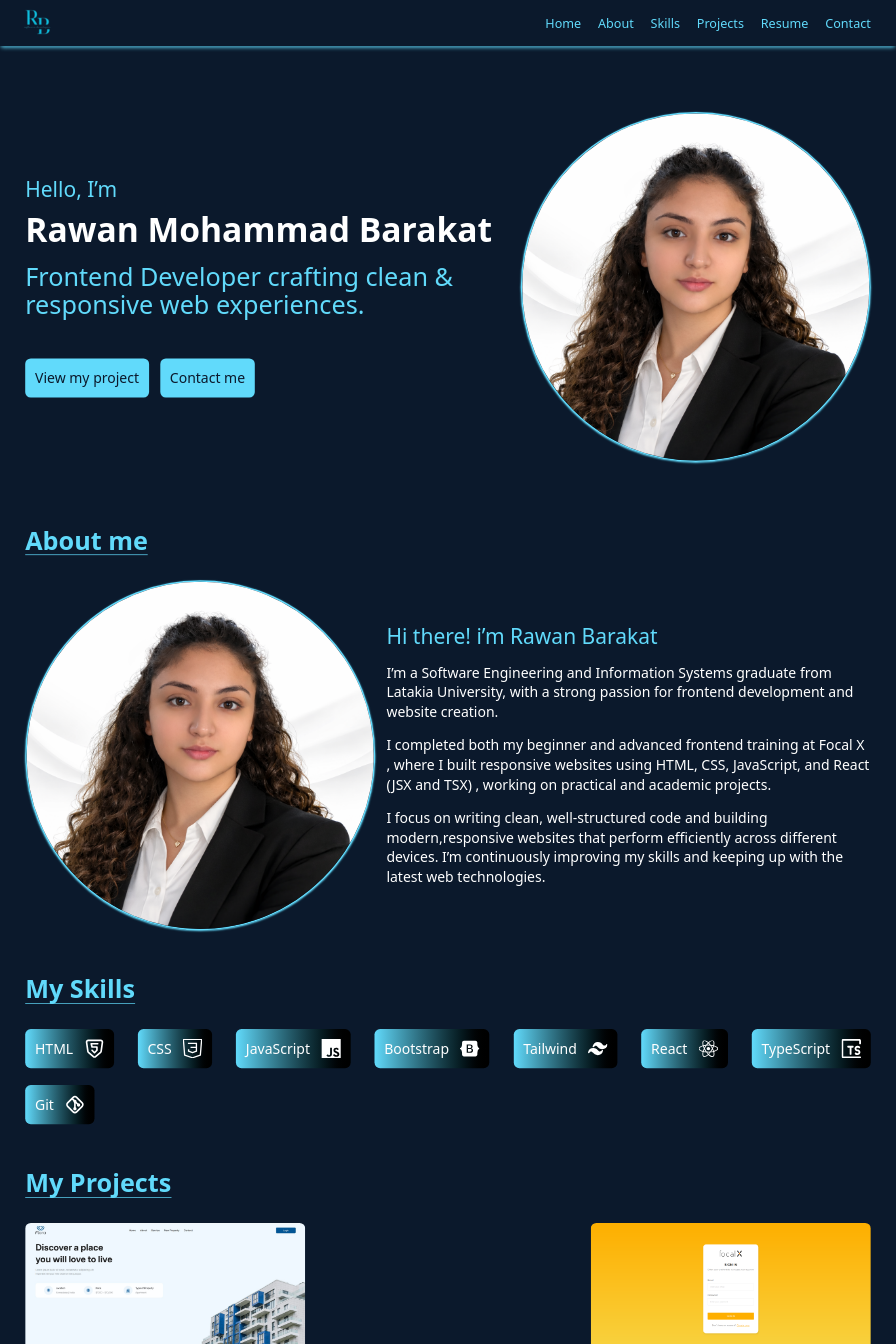
Repository: RawanBarakat-hub/portfolio
Page: /
An editor plug-in stored every save of this project. The page is shown before and after the next save, followed by the edit.
The browser window is 1280 px wide. The pictures show the part of the page from y = 0 to 1920 px (the page is 3819 px tall), at 70% of full size.
The project was rebuilt for these pictures with package versions that can differ from the ones it lists, and the page was loaded fresh each time. Also part of the build but not shown: vite.config.ts.

Above is the page before, as saved 2026-02-22 22:52:41.

### index.html
<!doctype html>
<html lang="en">
  <head>
    <meta charset="UTF-8" />
    <link rel="icon" type="image/svg+xml" href="/assets/images/photos/logo.png" />
    <meta name="viewport" content="width=device-width, initial-scale=1.0" />
    <title>Rawan's portfolio</title>
  </head>
  <body>
    <div id="root"></div>
    <script type="module" src="/src/main.tsx"></script>
  </body>
</html>

### src/index.css
@import "tailwindcss";
@theme{
    --color-primary-color: #61DAFB;
    --color-background-color: #0b192c;
    --color-hover-color: #1eb9e4;
}

### src/App.tsx
import Footer from "./components/Footer"
import Hero from "./components/Hero"
import Main from "./components/Main"
import NavBar from "./components/NavBar"
import { nav_links } from "./data/data"
import "./index.css"
function App() {

  return (
    <div className="bg-background-color px-9">
      <NavBar logo={{source:"/assets/images/photos/logo.png",alternative:"Logo"}}
      nav_links={nav_links}
      bar_icon={{source:"/assets/images/icons/bars.svg",alternative:"bars"}}
      cancel_icon={{source:"/assets/images/icons/cancel.svg",alternative:"bars"}}
      />
      <Hero/>
      <Main/>
      <Footer/>
    </div>
  )
}

export default App

### src/components/Footer.tsx
import { social_media } from "../data/data"
import Container from "./Container"
import Icon from "./Icon"

const Footer = () => {
    return (
        <footer className="py-15 lg:py-8">
            <Container className="footer">
                {
                    social_media.map((item,index)=>{
                        return <Icon key={index} url={item.url} image={item.image}/>
                    })
                }
            </Container>
            <p></p>
        </footer>
    )
}

export default Footer

### src/components/Hero.tsx
import Image from "./Image"
import LinkBtn from "./LinkBtn"
import WelcomeText from "./WelcomeText"

const Hero = () => {
    return (
        <div className="h-screen pt-35 lg:pt-25 flex flex-col lg:flex-row
        justify-center lg:justify-between items-center gap-5">
            <div className="text-center lg:text-left">
                <WelcomeText text="Hello, I’m"/>
                <h1 className="text-white text-3xl lg:text-5xl mt-3 lg:mt-4
                mb-4 lg:mb-6 font-bold">Rawan Mohammad Barakat</h1>
                <p className="text-primary-color text-2xl lg:text-4xl max-w-2xl
                mb-4 lg:mb-14">Frontend Developer crafting clean & responsive web experiences.</p>
                <div className="flex justify-center lg:justify-start gap-4">
                    <LinkBtn url="" text="View my project"/>
                    <LinkBtn url="" text="Contact me"/>
                </div>
            </div>
            <Image source="/assets/images/photos/rawan.png" alternative="rawan"/>
        </div>
    )
}

export default Hero

### src/components/Main.tsx
import SectionAbout from "./SectionAbout"
import SectionProjects from "./SectionProjects"
import SectionReume from "./SectionReume"
import SectionSkills from "./SectionSkills"

const Main = () => {
    return (
        <main>
            <SectionAbout/>
            <SectionSkills/>
            <SectionProjects/>
            <SectionReume/>
        </main>
    )
}

export default Main

### src/components/NavBar.tsx
import { NavLink } from "react-router-dom"
import type { NavProps } from "../interfaces"
import { useState } from "react"

const NavBar = ({logo,nav_links,bar_icon,cancel_icon}:NavProps) => {
    const [show,setShow]=useState<boolean>(true)
    return (
        <div>
            <nav className="flex justify-between pl-5 pr-9 items-center fixed top-0 z-10
            w-full left-0 bg-background-color shadow-md shadow-primary-color">
                <div className="">
                    <img className="" src={logo.source} alt={logo.alternative} />
                </div>
                <div className="hidden lg:block">
                    <ul className="flex gap-6">
                        {nav_links?.map((link,index)=>{
                            return <li key={index}>
                                <NavLink className="text-primary-color text-[18px] font-medium"
                                to={link?.url}>{link?.text}</NavLink>
                            </li>
                        })}
                    </ul>
                </div>
                <button onClick={()=>setShow(!show)}
                className="block lg:hidden"><img src={`${show?bar_icon.source:cancel_icon.source}`}
                alt={`${show?bar_icon.alternative:cancel_icon.alternative}`} /></button>
            </nav>
            <div className={`${show ? "-left-full" :"left-1/2"} absolute top-16.5
            -translate-x-1/2 py-3.5 bg-background-color w-full transition-all`}>
                <ul className="text-center">
                        {nav_links?.map((link,index)=>{
                            return <li key={index} className="mb-4">
                                <NavLink className="text-primary-color text-[18px] font-medium"
                                to={link?.url}>{link?.text}</NavLink>
                            </li>
                        })}
                    </ul>
            </div>
        </div>
    )
}

export default NavBar

### src/data/data.ts
export const nav_links=[
    {
        url:"/",
        text:"Home"
    },
    {
        url:"/",
        text:"About"
    },
    {
        url:"/",
        text:"Skills"
    },
    {
        url:"/",
        text:"Projects"
    },
    {
        url:"/",
        text:"Resume"
    },
    {
        url:"/",
        text:"Contact"
    }
]
export const skills=[
    {
        image:{
            source:"/assets/images/icons/html.svg",
            alternative:"HTMl icon"
        },
        link:{
            url:"https://www.w3schools.com/html/default.asp",
            text:"HTML"
        }
    },
    {
        image:{
            source:"/assets/images/icons/css3.svg",
            alternative:"CSS icon"
        },
        link:{
            url:"https://www.w3schools.com/css/default.asp",
            text:"CSS"
        }
    },
    {
        image:{
            source:"/assets/images/icons/js.svg",
            alternative:"JavaScript icon"
        },
        link:{
            url:"https://www.w3schools.com/js/default.asp",
            text:"JavaScript "
        }
    },
    {
        image:{
            source:"/assets/images/icons/bootstrap.svg",
            alternative:"Bootstrap icon"
        },
        link:{
            url:"https://www.w3schools.com/bootstrap/bootstrap_ver.asp",
            text:"Bootstrap"
        }
    },
    {
        image:{
            source:"/assets/images/icons/tailwind.svg",
            alternative:"Taileind icon"
        },
        link:{
            url:"https://tailwindcss.com/",
            text:"Tailwind"
        }
    },
    {
        image:{
            source:"/assets/images/icons/react.svg",
            alternative:"React icon"
        },
        link:{
            url:"https://www.w3schools.com/react/default.asp",
            text:"React"
        }
    },
    {
        image:{
            source:"/assets/images/icons/ts.svg",
            alternative:"TypeScript icon"
        },
        link:{
            url:"https://www.w3schools.com/typescript/index.php",
            text:"TypeScript"
        }
    },
    {
        image:{
            source:"/assets/images/icons/git.svg",
            alternative:"Git icon"
        },
        link:{
            url:"https://www.w3schools.com/git/default.asp",
            text:"Git"
        }
    }
]
export const projects=[
    {
        image:{
            source:"public/assets/images/photos/flora.jpg",
            alternative:"Flora project"
        },
        title:"Flora",
        text:"Landing Page for a Real Estate Website",
        code_link:"https://github.com/RawanBarakat-hub/task-4-adv",
        project_Link:"https://rawanbarakat-hub.github.io/task-4-adv/"
    },
    {
        image:{
            source:"public/assets/images/photos/dash.jpg",
            alternative:"Dashboard project"
        },
        title:"E-commerce store dashboard",
        text:"Dashboard for managing E-commerce store",
        code_link:"https://github.com/RawanBarakat-hub/task-5-adv",
        project_Link:"https://task-5-adv.vercel.app/"
    },
    {
        image:{
            source:"public/assets/images/photos/blog.jpg",
            alternative:"Blogs project"
        },
        title:"The Blog",
        text:"Website for displaying blogs across different categories.",
        code_link:"https://github.com/RawanBarakat-hub/task-6-adv",
        project_Link:"https://task-6-adv-tawny.vercel.app/"
    },
    {
        image:{
            source:"public/assets/images/photos/littlelearners.jpg",
            alternative:"little learners project"
        },
        title:"Little learners",
        text:"Website for an educational institution.",
        code_link:"https://github.com/RawanBarakat-hub/task-2-adv",
        project_Link:"https://task-2-adv-pi.vercel.app/"
    },
    {
        image:{
            source:"public/assets/images/photos/next.jpg",
            alternative:"next project"
        },
        title:"Travel around the world",
        text:"Website for a travel company.",
        code_link:"https://github.com/RawanBarakat-hub/task-2-adv",
        project_Link:"https://task-7-adv-lac.vercel.app"
    },
    {
        image:{
            source:"public/assets/images/photos/estatein.jpg",
            alternative:"estatein project"
        },
        title:"Estatein",
        text:"Website for a real estate company.",
        code_link:"https://github.com/RaghadDeveloper/estatein",
        project_Link:"https://estatein-umber.vercel.app/"
    },
    {
        image:{
            source:"public/assets/images/photos/agency.jpg",
            alternative:"Digital project"
        },
        title:"Square",
        text:"Website for a digital products company.",
        code_link:"https://github.com/raghadsammour/squareUp.git",
        project_Link:"https://raghadsammour.github.io/squareUp/"
    },
    {
        image:{
            source:"public/assets/images/photos/digital.jpg",
            alternative:"Agency project"
        },
        title:"Digital agency",
        text:"Website for a digital products company.",
        code_link:"https://github.com/RawanBarakat-hub/Task-5",
        project_Link:"https://rawanbarakat-hub.github.io/Task-5/"
    },
    {
        image:{
            source:"public/assets/images/photos/e-commerc.jpg",
            alternative:"E-commerce project"
        },
        title:"E-commerce store",
        text:"Admin dashboard for an e-commerce store",
        code_link:"https://github.com/RawanBarakat-hub/Task-7",
        project_Link:"https://rawanbarakat-hub.github.io/Task-7/"
    },
    {
        image:{
            source:"public/assets/images/photos/library.jpg",
            alternative:"library project"
        },
        title:"Library Management System",
        text:"Website for categorizing and organizing books.",
        code_link:"https://github.com/RawanBarakat-hub/task-1-adv",
        project_Link:"https://rawanbarakat-hub.github.io/task-1-adv/"
    },
    {
        image:{
            source:"public/assets/images/photos/travelhero.jpg",
            alternative:"travel project"
        },
        title:"Travel",
        text:"Simple landing page for a travel agency website",
        code_link:"https://github.com/RawanBarakat-hub/Travel",
        project_Link:"https://rawanbarakat-hub.github.io/Travel/"
    }
]
export const certifications=[
    "Bachelor’s Degree in Information Engineering – Software Engineering",
    "Frontend Development – Beginner Level (Focal X)",
    "Frontend Development – Advanced Level (Focal X)"
]
export const social_media=[
    {
        url:"https://www.facebook.com/rawan.barakat.395?mibextid=wwXIfr&mibextid=wwXIfr",
        image:{
            source:"public/assets/images/icons/facebook.svg",
            alternative:"facebook icon"
        }
    },
    {
        url:"https://github.com/RawanBarakat-hub",
        image:{
            source:"public/assets/images/icons/github.svg",
            alternative:"github icon"
        }
    },
    {
        url:"https://t.me/Rawan_257",
        image:{
            source:"public/assets/images/icons/telegram.svg",
            alternative:"telegram icon"
        }
    },
    {
        url:"https://www.instagram.com/rawan.barakat.395?igsh=MWt1bDBya251YWFyeA%3D%3D&utm_source=qr",
        image:{
            source:"public/assets/images/icons/instagram.svg",
            alternative:"instagram icon"
        }
    },
    {
        url:"https://wa.me/963937278362",
        image:{
            source:"public/assets/images/icons/whatsapp.svg",
            alternative:"whatsapp icon"
        }
    },
    {
        url:"mailto:barakatrawan81@gmail.com",
        image:{
            source:"public/assets/images/icons/email.svg",
            alternative:"email icon"
        }
    }
]

### src/components/Container.tsx
import type { ContainerProps } from "../interfaces"

const Container = ({children,className}:ContainerProps) => {
    return (
        <div className={`flex flex-wrap gap-6 ${className=="footer"?"justify-center":"justify-between"}`}>{children}</div>
    )
}

export default Container

### src/components/Icon.tsx
import type { LinkProps } from '../interfaces'

const Icon = ({url,text,image}:LinkProps) => {
    return (
        <a  target="_blank" className={`${text&&"bg-linear-to-r from-primary-color to-black font-medium text-xl text-white p-3.5 rounded-lg w-fit flex items-center gap-4 hover:scale-120 transition-all" }`} href={url}>{text&&
                <span>{text}</span>}
            <img className='w-7' src={image?.source} alt={image?.alternative} />
        </a>

    )
}

export default Icon

### src/components/Image.tsx
import type { ImageProps } from '../interfaces'

const Image = ({source,alternative}:ImageProps) => {
    return (
        <div className='w-125 h-125 rounded-full border-2 border-primary-color
            shadow-sm shadow-primary-color flex justify-center items-center overflow-hidden
            shrink-0'>
            <img src={source} alt={alternative} />
        </div>
    )
}

export default Image

### src/components/LinkBtn.tsx
import { Link } from 'react-router-dom'
import { type LinkProps } from '../interfaces'
const LinkBtn = ({url,text,image}:LinkProps) => {
    return (
            <Link className="bg-primary-color hover:bg-hover-color
            text-xl text-background-color p-3.5 rounded-lg w-fit flex items-center
            gap-4 transition-all`" to={url}>{text}
            {image && <img className='w-10' src={image?.source} alt={image?.alternative} />}</Link>
    )
}

export default LinkBtn

### src/components/WelcomeText.tsx

const WelcomeText = ({text}:{text:string}) => {
    return (
        <p className="text-primary-color text-xl lg:text-3xl
        font-medium">{text}</p>
    )
}

export default WelcomeText

### src/components/SectionAbout.tsx
import Description from "./Description"
import Image from "./Image"
import TitleSection from "./TitleSection"
import WelcomeText from "./WelcomeText"

const SectionAbout = () => {
    return (
        <section className="py-15 lg:py-8 text-center lg:text-left">
            <TitleSection title="About me"/>
            <div className="flex flex-col lg:flex-row
                justify-center lg:justify-between items-center
                gap-4">
                <Image source="/assets/images/photos/rawan.png" alternative="rawan"/>
                <div className="max-w-3xl">
                    <WelcomeText text="Hi there! i’m Rawan Barakat"/>
                    <Description text="I’m a Software Engineering and Information Systems
                        graduate from Latakia University, with a strong passion
                        for frontend development and website creation."/>
                    <Description text="I completed both my beginner
                        and advanced frontend training at Focal X ,
                        where I built responsive websites using HTML, CSS, JavaScript,
                        and React (JSX and TSX) , working on practical and academic projects."/>
                    <Description text="I focus on writing clean, well-structured
                    code and building modern,responsive websites that perform efficiently across different
                    devices. I’m continuously improving my skills and keeping up with the latest web
                    technologies."/>
                </div>
            </div>
        </section>
    )
}

export default SectionAbout

### src/components/SectionProjects.tsx
import { projects } from "../data/data"
import Card from "./Card"
import Container from "./Container"
import TitleSection from "./TitleSection"

const SectionProjects = () => {
    return (
        <section className="py-15 lg:py-8">
            <TitleSection title="My Projects"/>
            <Container>
                {
                    projects.map((project,index)=>{
                        return <Card key={index}
                        image={project.image} title={project.title}
                        text={project.text} code={project.code_link}
                        deploy={project.project_Link}/>
                    })
                }
            </Container>
        </section>
    )
}

export default SectionProjects

### src/components/SectionReume.tsx
import { certifications } from "../data/data"
import Description from "./Description"
import TitleSection from "./TitleSection"
import WelcomeText from "./WelcomeText"

const SectionReume = () => {
    return (
        <section className="py-15 lg:py-8">
            <TitleSection title="Resume"/>
            <div className="flex justify-between">
                <div>
                    <WelcomeText text="Certifications & Experience" />
                    <ul className="mt-0 list-disc text-white pl-7">
                        {
                            certifications.map((item,index)=>{
                                return <li key={index}>
                                    <Description text={item} />
                                </li>
                            })
                        }
                    </ul>
                </div>
                <div>
                    <Description
                    text="Interested in working together? Download my CV to see my full experience" />
                    <a href="/Rawan Barakat CV.pdf" download
                        className="inline-block p-3 rounded-md bg-primary-color hover:bg-hover-color
                        text-white text-[18px] font-medium mt-3 cursor-pointer"
                        >Download CV</a>
                </div>
            </div>
        </section>
    )
}

export default SectionReume

### src/components/SectionSkills.tsx
import { skills } from "../data/data"
import Container from "./Container"
import Icon from "./Icon"
import TitleSection from "./TitleSection"

const SectionSkills = () => {
    return (
        <section className="py-15 lg:py-8 ">
            <TitleSection title="My Skills"/>
            <Container>
                {
                    skills.map((skill,index)=>{
                        return <Icon key={index} url={skill.link.url}
                        text={skill.link.text} image={skill.image}/>
                    })
            }
            </Container>
        </section>
    )
}

export default SectionSkills

### src/components/Description.tsx

const Description = ({text}:{text:string}) => {
    return (
        <p className="text-white text-xl mt-5">{text}</p>
    )
}

export default Description

### src/components/TitleSection.tsx
import type { TitleSectionProp } from "../interfaces"

const TitleSection = ({title}:TitleSectionProp) => {
    return (
        <h2 className="text-xl lg:text-4xl text-primary-color font-semibold
        mb-4 lg:mb-9 w-fit border-b border-primary-color">{title}</h2>
    )
}

export default TitleSection

### src/components/Card.tsx
import type { CardProps } from "../interfaces"
import Icon from "./Icon"

const Card = ({image,title,text,code,deploy}:CardProps) => {
    return (
        <div className="w-100 rounded-lg overflow-hidden group">
            <div className="relative">
                <img className="w-full h-full" src={image.source} alt={image.alternative} />
                <div className="absolute -top-full group-hover:top-0 text-center
                w-full h-full bg-[#00000088] transition-all flex flex-col
                justify-center items-center">
                    <h3 className="text-white font-medium text-xl">{title}</h3>
                    <p className="text-white text-[18px]">{text}</p>
                </div>
            </div>
            <div className="flex justify-between gap-2 bg-black p-3.5">
                <Icon url={deploy} image={{source:"/assets/images/icons/arrow.svg",
                alternative:"arrow icon"}} />
                <Icon url={code} image={{source:"/assets/images/icons/github.svg",
                alternative:"github icon"}} />
            </div>
        </div>
    )
}

export default Card

Loaded but not shown: src/main.tsx (common file)

After the next save:
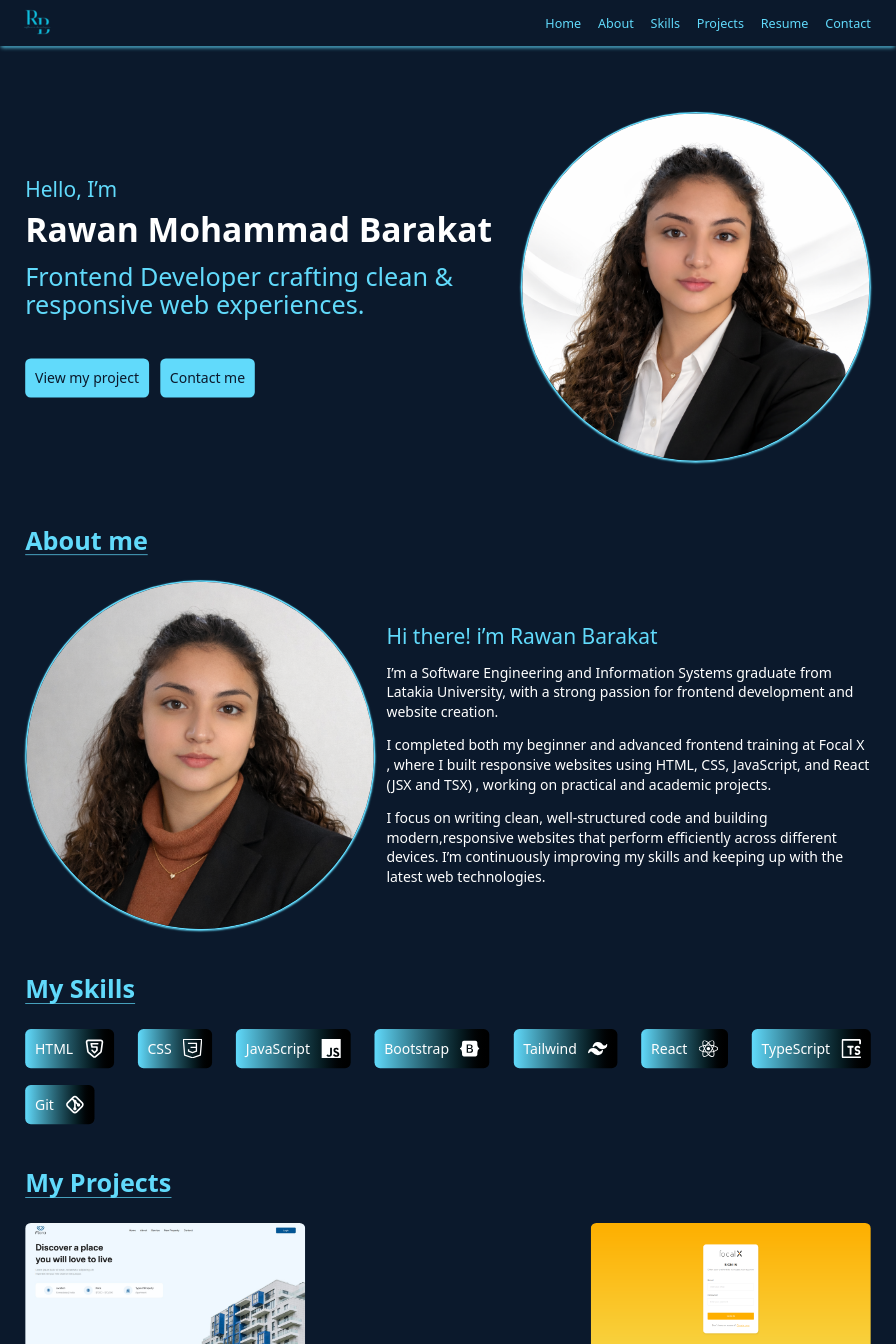
Saved 27 min 22 s later.
--- a/src/components/SectionAbout.tsx
+++ b/src/components/SectionAbout.tsx
@@ -10,7 +10,7 @@ const SectionAbout = () => {
             <div className="flex flex-col lg:flex-row
                 justify-center lg:justify-between items-center
                 gap-4">
-                <Image source="/assets/images/photos/rawan.png" alternative="rawan"/>
+                <Image source="/assets/images/photos/rawanb.png" alternative="rawan"/>
                 <div className="max-w-3xl">
                     <WelcomeText text="Hi there! i’m Rawan Barakat"/>
                     <Description text="I’m a Software Engineering and Information Systems
